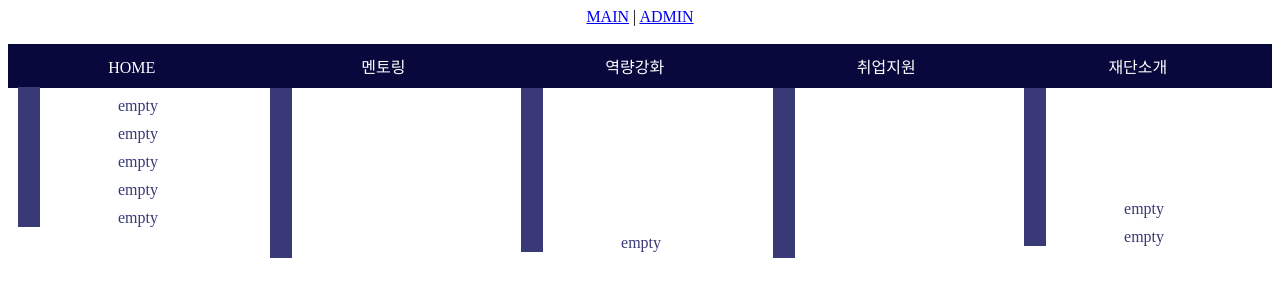
Repository: nywogud/promoPoli
Page: http://localhost/poli/WEB-INF/views/home.jsp
An editor plug-in stored every save of this project. The page is shown before and after the next save, followed by the edit.
The browser window is 1280 px wide. The pictures show the whole page.
The page is served by Tomcat 9. Nobody is signed in. Other server files are loaded and not shown. The template is opened directly, without the code that normally fills it, so the values that code supplies are empty.

Above is the page before, as saved 2021-06-30 07:32:01.

### workspace/poli/src/main/webapp/WEB-INF/views/home.jsp
<%@ page language="java" contentType="text/html; charset=UTF-8"
	pageEncoding="UTF-8"%>
<%@ taglib uri="http://java.sun.com/jsp/jstl/core" prefix="c"%>
<%@ page session="false"%>
<html>
<head>
<title>main</title>
<style>
ul, ol, li {
	list-style: none;
	margin: 0;
	padding: 0;
}

ul.main {
	color: white;
	background: rgb(8, 8, 61);
	width:100%;
}


ul.main>li {
	display: inline-block;
	padding: 10px 10px;
	text-align: center;
	position: relative;
	width:18%;
}

ul.main>li ul.sub {

	position: absolute;
	background: rgb(57, 57, 119);
	text-align: center;
	margin-top: 10px;
	width: 9%;

}

/*ul.main > li ul.sub{display: none;}
ul.main:hover ul.sub{ display:block;}*/

ul.main>li ul.sub>li {
	display: inline-block;


	padding: 10px 10px 0px 0px;
	text-align: center;
	position: relative;
	width: 240px;
}
</style>
</head>
<body>
	<div style="text-align: center;">
		<label><a href="/">MAIN</a></label> <label>|</label> <label><a
			href="#">ADMIN</a></label>
	</div>
	<br>
	<div id="navHovBar">
		<ul class="main">
			<li class="main1">HOME
				<ul class="main1Sub sub">
					<li style="color:rgb(57, 57, 119)">empty</li>
					<li style="color:rgb(57, 57, 119)">empty</li>
					<li style="color:rgb(57, 57, 119)">empty</li>
					<li style="color:rgb(57, 57, 119)">empty</li>
					<li style="color:rgb(57, 57, 119)">empty</li>
				</ul>
			</li>
			<li class="main2">멘토링
				<ul class="main2Sub sub">
					<li><a>멘토링 안내</a></li>
					<li><a>멘토 특강</a></li>
					<li><a>온라인 취업 멘토링</a></li>
					<li><a>오프라인 멘토링</a></li>
					<li><a>청년희망 멘토링</a></li>
				</ul>
			</li>
			<li class="main3">역량강화
				<ul class="main3Sub sub">
					<li><a>청년 일경험 지원</a></li>
					<li><a>청년주도형 학습매니저</a></li>
					<li><a>청년 학교</a></li>
					<li><a>청년 프로젝트 실험실</a></li>
					<li style="color:rgb(57, 57, 119)">empty</li>
				</ul>
			</li>
			<li class="main4">취업지원
				<ul class="main4Sub sub">
					<li><a>청년맞춤형지원</a></li>
					<li><a>청년학자금상환 플랫폼</a></li>
					<li><a>청년일자리제안</a></li>
					<li><a>청년공간 이용 안내</a></li>
					<li><a>일자리 한눈에 보기</a></li>
				</ul>
			</li>
			<li class="main5">재단소개
				<ul class="main5Sub sub">
					<li><a>설립취지</a></li>
					<li><a>사업소개</a></li>
					<li><a>가구조직</a></li>
					<li style="color:rgb(57, 57, 119)">empty</li>
					<li style="color:rgb(57, 57, 119)">empty</li>
				</ul>
			</li>
		</ul>
	</div>
</body>
</html>

After the next save:
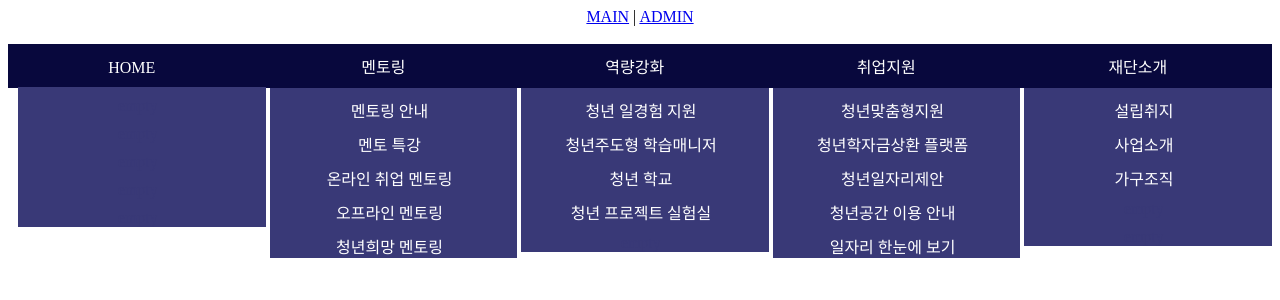
Saved 16 s later.
--- a/workspace/poli/src/main/webapp/WEB-INF/views/home.jsp
+++ b/workspace/poli/src/main/webapp/WEB-INF/views/home.jsp
@@ -33,7 +33,7 @@ ul.main>li ul.sub {
 	background: rgb(57, 57, 119);
 	text-align: center;
 	margin-top: 10px;
-	width: 9%;
+	width: 100%;
 
 }
 
